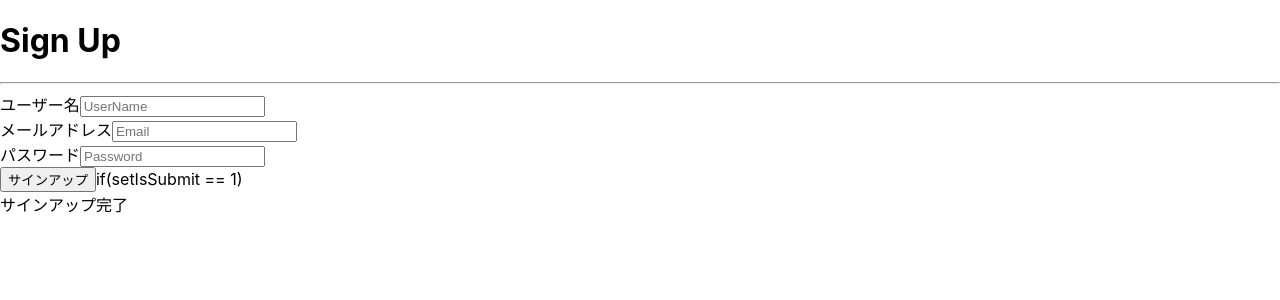
Repository: tosaken1116/Backs-of-seniors-hackathon
Page: /components/SignUpModal
These files come from the project's save history. The page is drawn as it stood at one moment and after the next save; the edit follows.
The browser window is 1280 px wide. The pictures show the whole page.
The project was rebuilt for these pictures with package versions that can differ from the ones it lists, and the page was loaded fresh each time. The framework's server and built-in components were replaced by stand-ins that run in the browser. Also part of the build but not shown: next.config.js.

Above is the page before, as saved 2022-07-16 17:45:26.

After the next save:
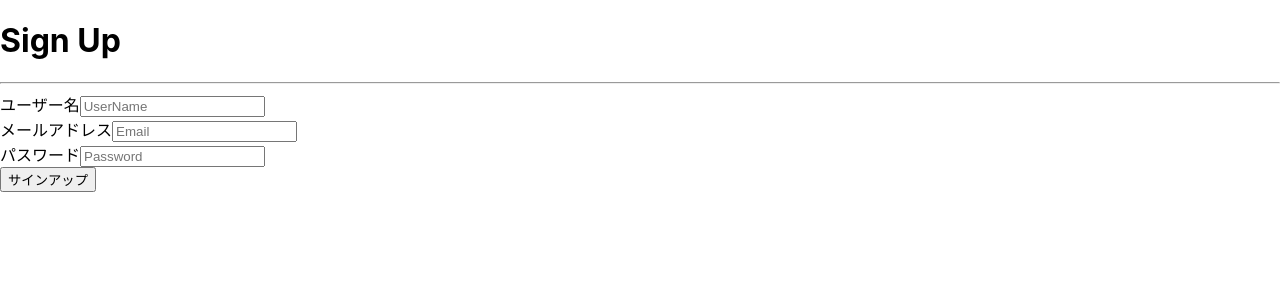
Saved 2 min 1 s later.
--- a/pages/components/SignUpModal.tsx
+++ b/pages/components/SignUpModal.tsx
@@ -96,7 +96,6 @@ export default function SignInModal() {
                     <button className="SubmitButton" type="submit">
                         サインアップ
                     </button>
-                    if(setIsSubmit == 1){<div>サインアップ完了</div>}
                     {/* {Object.keys isSubmit && ( <div>サインアップ完了</div>)}*/}
                 </div>
             </form>
